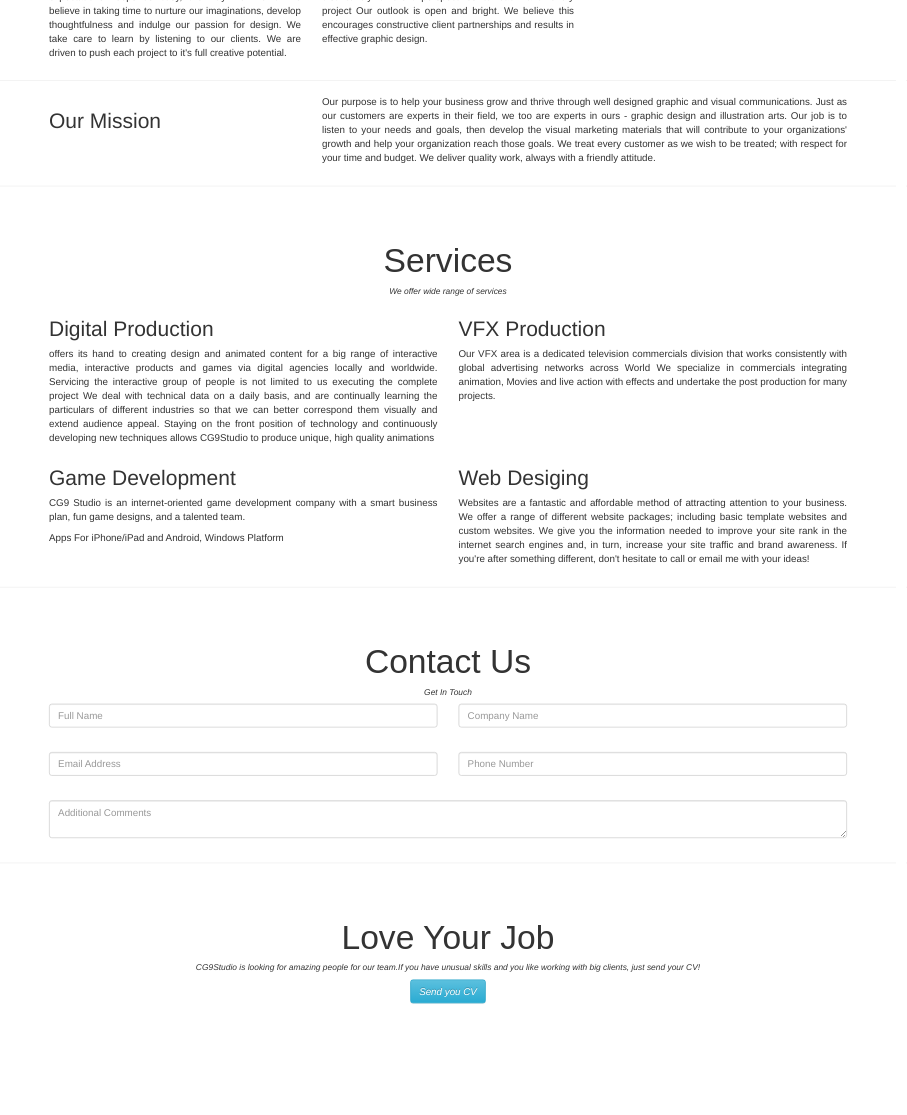
Repository: deepak6sp/BootstrapTheme1
Page: 9studio/WebContent/index.html
An editor plug-in stored every save of this project. The page is shown before and after the next save, followed by the edit.
The browser window is 1280 px wide. The page is 1295 px wide, so the pictures cover 1295 px, including what lies to the right of the window. The pictures show the part of the page from y = 1086 to 2966 px (the page is 2679 px tall before and 2966 px after), at 70% of full size.
Some web libraries are served in a nearby version.

Above is the page before, as saved 2014-07-23 14:06:29.

After the next save:
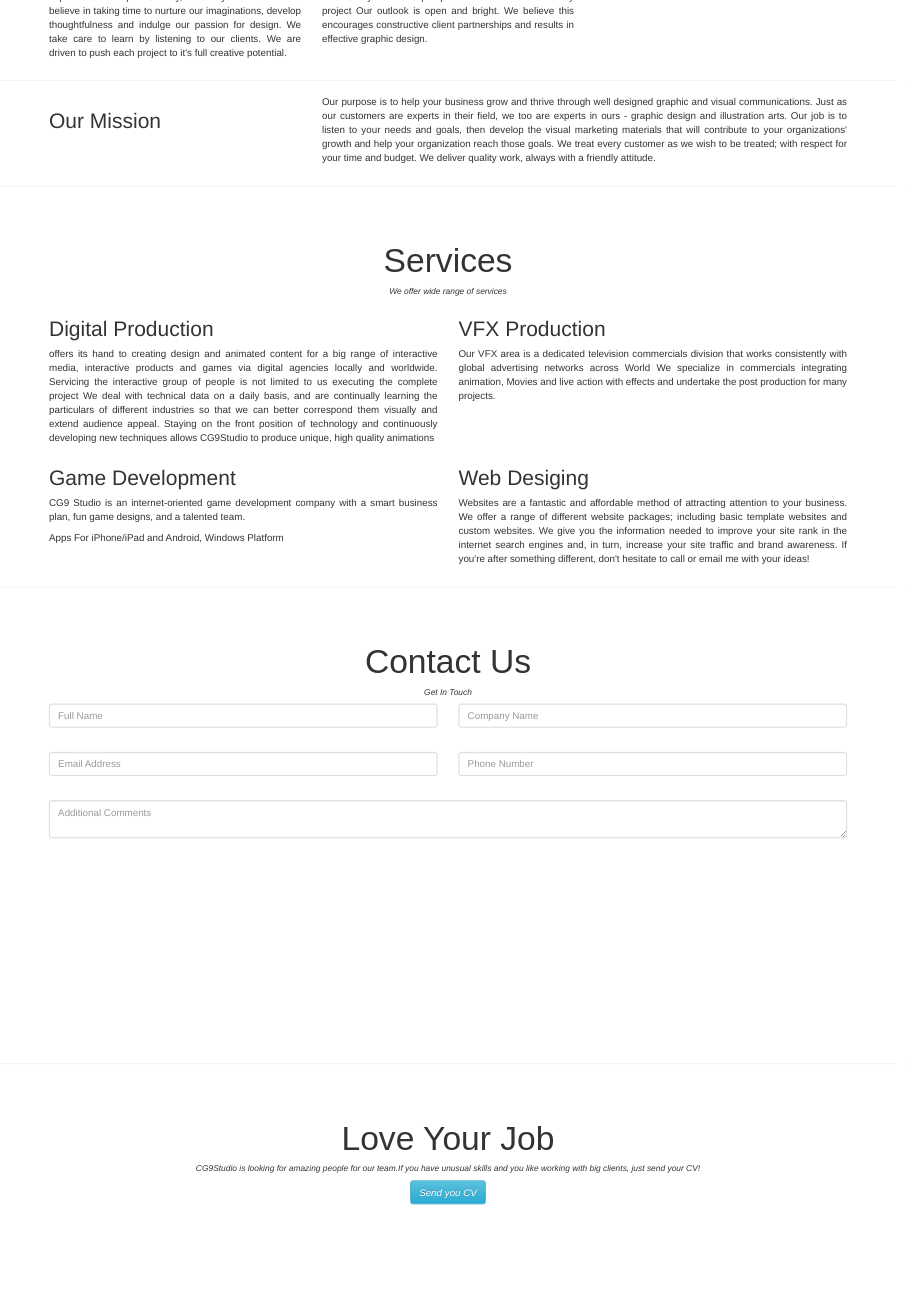
Saved 30 s later.
--- a/9studio/WebContent/css/style.css
+++ b/9studio/WebContent/css/style.css
@@ -21,6 +21,10 @@ div ul li a:hover{
 	font-style:bold;
 }
 
+#contact{
+	height:600px;
+}
+
 #getjob{
 	height:300px;
 }
